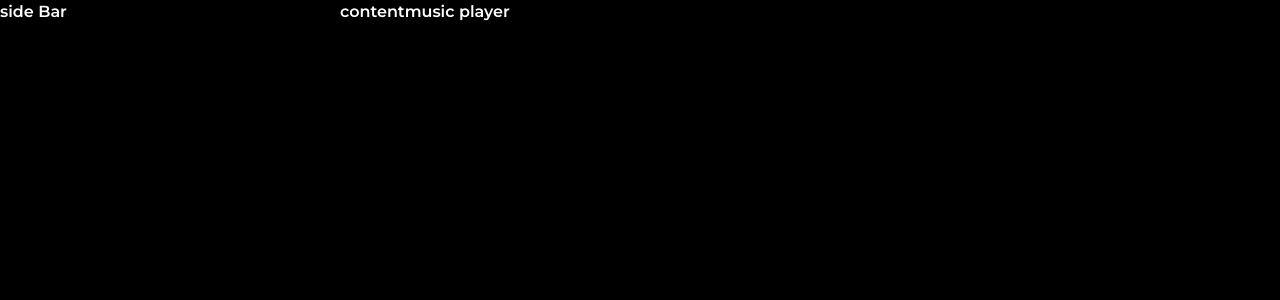
Repository: ketanBisht/spotifyFrontEnd
Page: index.html
The author's editor kept a copy of each file at every save. The page is drawn from the files as they stood at one save, then again after a run of saves.
The browser window is 1280 px wide. The pictures show the whole page.
Some web fonts or font styles are not loaded; a fallback is used. Some web libraries are served in a nearby version.

Above is the page before, as saved 2025-08-17 20:20:27.

### index.html
<!DOCTYPE html>
<html lang="en">
<head>
    <meta charset="UTF-8">
    <meta name="viewport" content="width=device-width, initial-scale=1.0">
    <link rel="stylesheet" href="https://cdnjs.cloudflare.com/ajax/libs/font-awesome/7.0.0/css/all.min.css" integrity="sha512-DxV+EoADOkOygM4IR9yXP8Sb2qwgidEmeqAEmDKIOfPRQZOWbXCzLC6vjbZyy0vPisbH2SyW27+ddLVCN+OMzQ==" crossorigin="anonymous" referrerpolicy="no-referrer" />
    <link href="https://cdn.jsdelivr.net/npm/bootstrap@5.3.7/dist/css/bootstrap.min.css" rel="stylesheet" integrity="sha384-LN+7fdVzj6u52u30Kp6M/trliBMCMKTyK833zpbD+pXdCLuTusPj697FH4R/5mcr" crossorigin="anonymous">
    <link rel="stylesheet" href="style.css">
    <link rel="icon" href="./assets/logo.png">
    <title> front end clone</title>
    <link rel="preconnect" href="https://fonts.googleapis.com">
    <link rel="preconnect" href="https://fonts.gstatic.com" crossorigin>
    <link href="https://fonts.googleapis.com/css2?family=Fira+Code:wght@300..700&family=IBM+Plex+Serif:ital,wght@0,100;0,200;0,300;0,400;0,500;0,600;0,700;1,100;1,200;1,300;1,400;1,500;1,600;1,700&family=Libertinus+Serif:ital,wght@0,400;0,600;0,700;1,400;1,600;1,700&family=Montserrat:ital,wght@0,100..900;1,100..900&family=Mukta:wght@200;300;400;500;600;700;800&family=Open+Sans:ital,wght@0,300..800;1,300..800&display=swap" rel="stylesheet">

</head>
<body>
    <div class="main">
        <div class="sideBar">side Bar</div>
        <div class="mainContent">content</div>
        <div class="player">music player</div>
    </div>



    <script src="https://cdn.jsdelivr.net/npm/bootstrap@5.3.7/dist/js/bootstrap.bundle.min.js" integrity="sha384-ndDqU0Gzau9qJ1lfW4pNLlhNTkCfHzAVBReH9diLvGRem5+R9g2FzA8ZGN954O5Q" crossorigin="anonymous"></script>
</body>
</html>

### style.css
*{
  font-family: "Montserrat", sans-serif;
  font-optical-sizing: auto;
  font-weight: 512;
  font-style: normal;
  background-color: black;
  color: white;
  overflow: hidden;
}

.main{
    display: flex;
    height: 100vh;
}

.sideBar{
    width: 340px;
}

.main

After the next 2 saves:
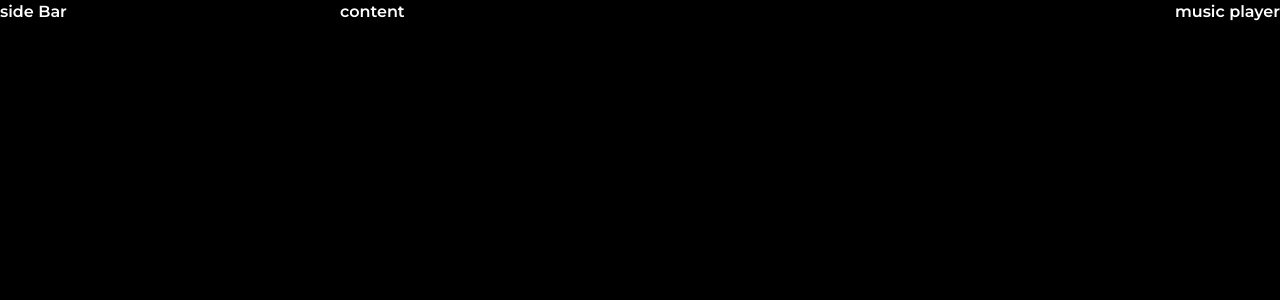
The 2 saves are shown as one change because they came seconds apart.
The last was saved 7 s later.
--- a/style.css
+++ b/style.css
@@ -17,4 +17,6 @@
     width: 340px;
 }
 
-.main
+.mainContent{
+    flex: 1;
+}
